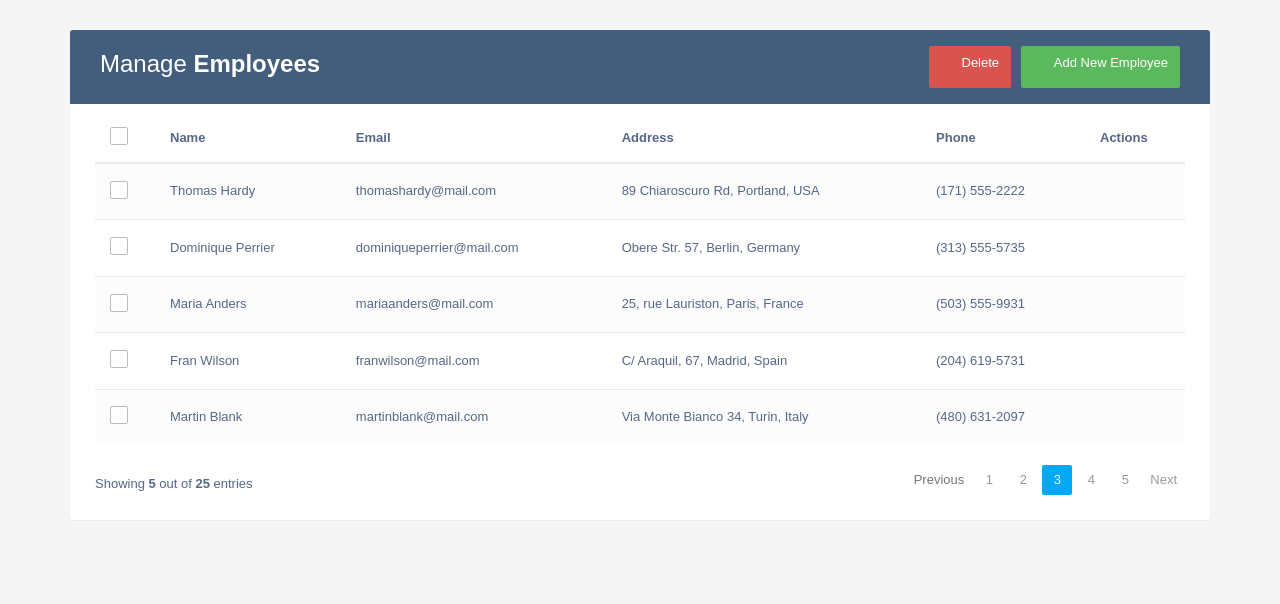
Repository: viveknaidu007/repo-248-Django-CRM-application
Page: http://localhost/
These files come from the project's save history. The page is drawn as it stood at one moment and after the next save; the edit follows.
The browser window is 1280 px wide. The pictures show the whole page.
Some web fonts or font styles are not loaded; a fallback is used. The page is served by the project's application, run on Django 4.2 (school/manage.py).

Above is the page before, as saved 2025-03-01 21:08:34.

After the next save:
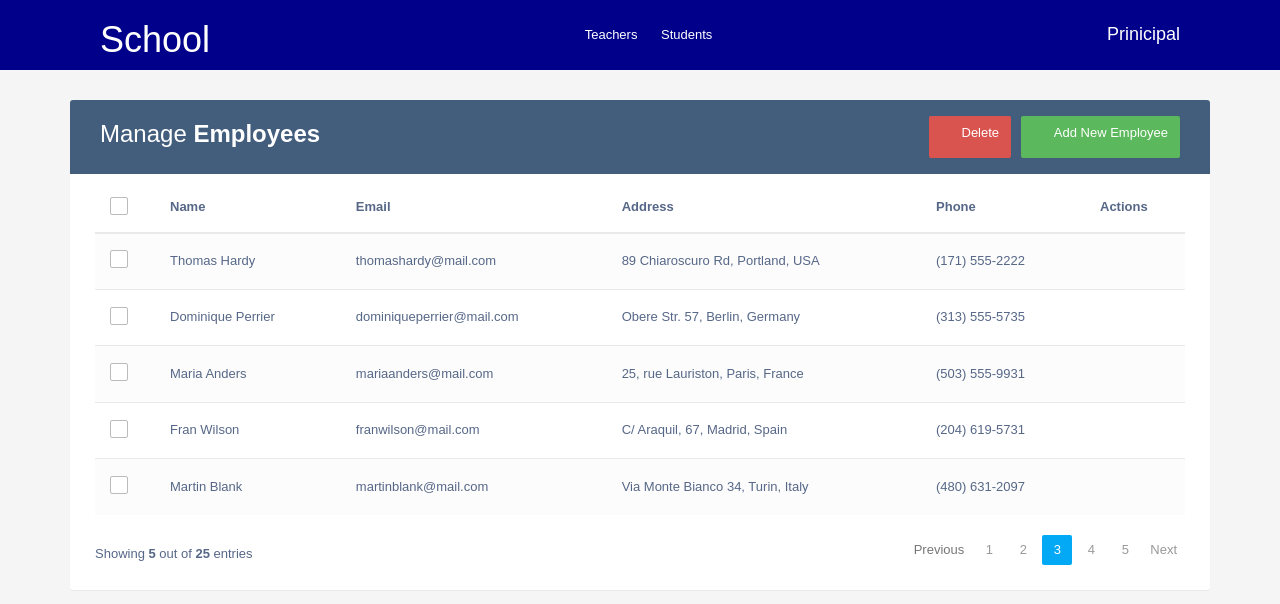
Saved 52 s later.
--- a/school/school/templates/index.html
+++ b/school/school/templates/index.html
@@ -14,7 +14,7 @@
 <link rel="stylesheet" href="/static/css/styles.css">
 
   <body>
-
+	{% include 'header.html' %}
     <div class="container">
         <div class="table-wrapper">
             <div class="table-title">
